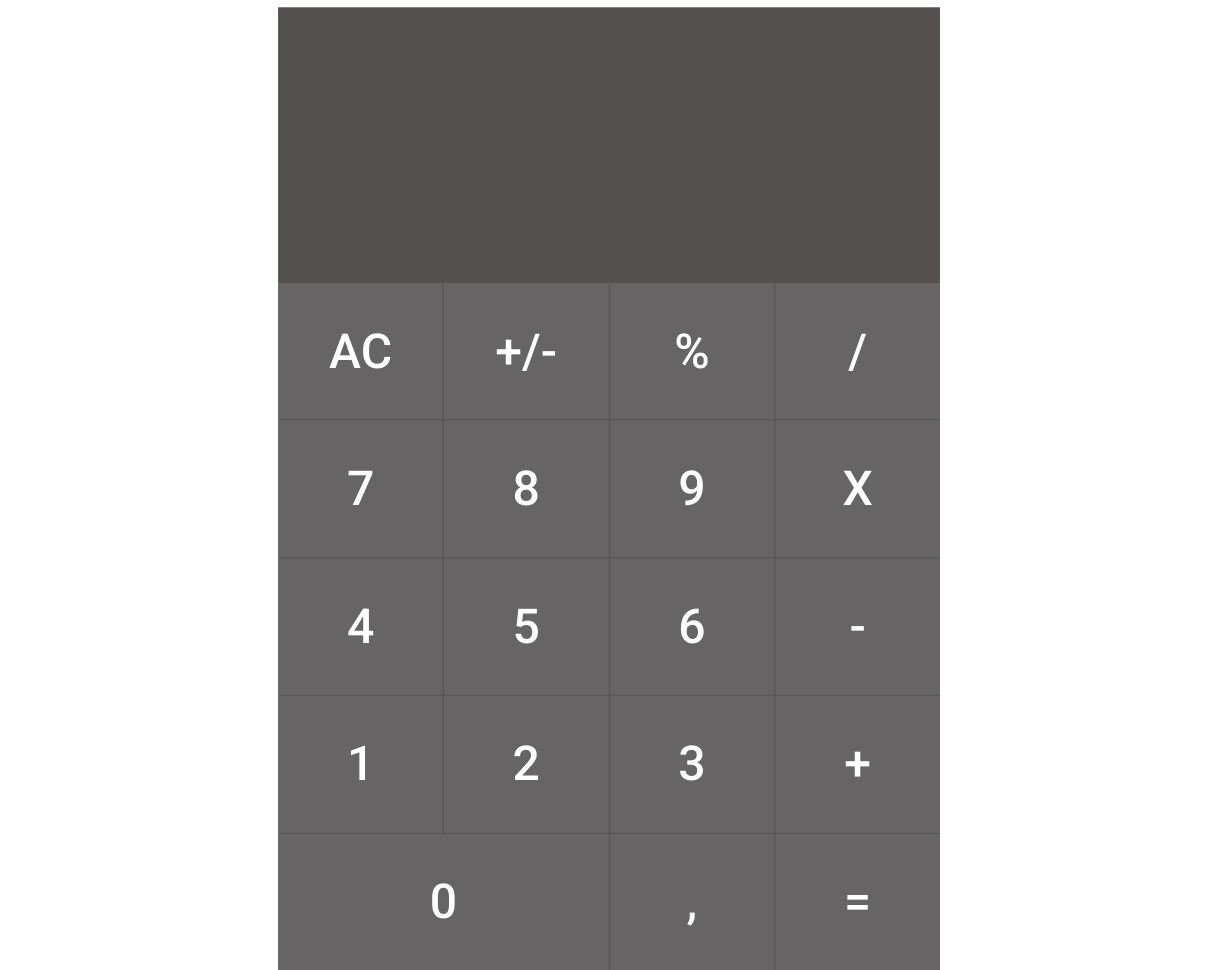
Repository: maciekto/calculatorOOP
Page: index.html
The author's editor kept a copy of each file at every save. The page is drawn from the files as they stood at one save, then again after the next save.
The browser window is 1280 px wide. The page is 1288 px wide, so the pictures cover 1288 px, including what lies to the right of the window. The pictures show the whole page, at 94% of full size.

Above is the page before, as saved 2022-06-19 18:59:02.

After the next save:
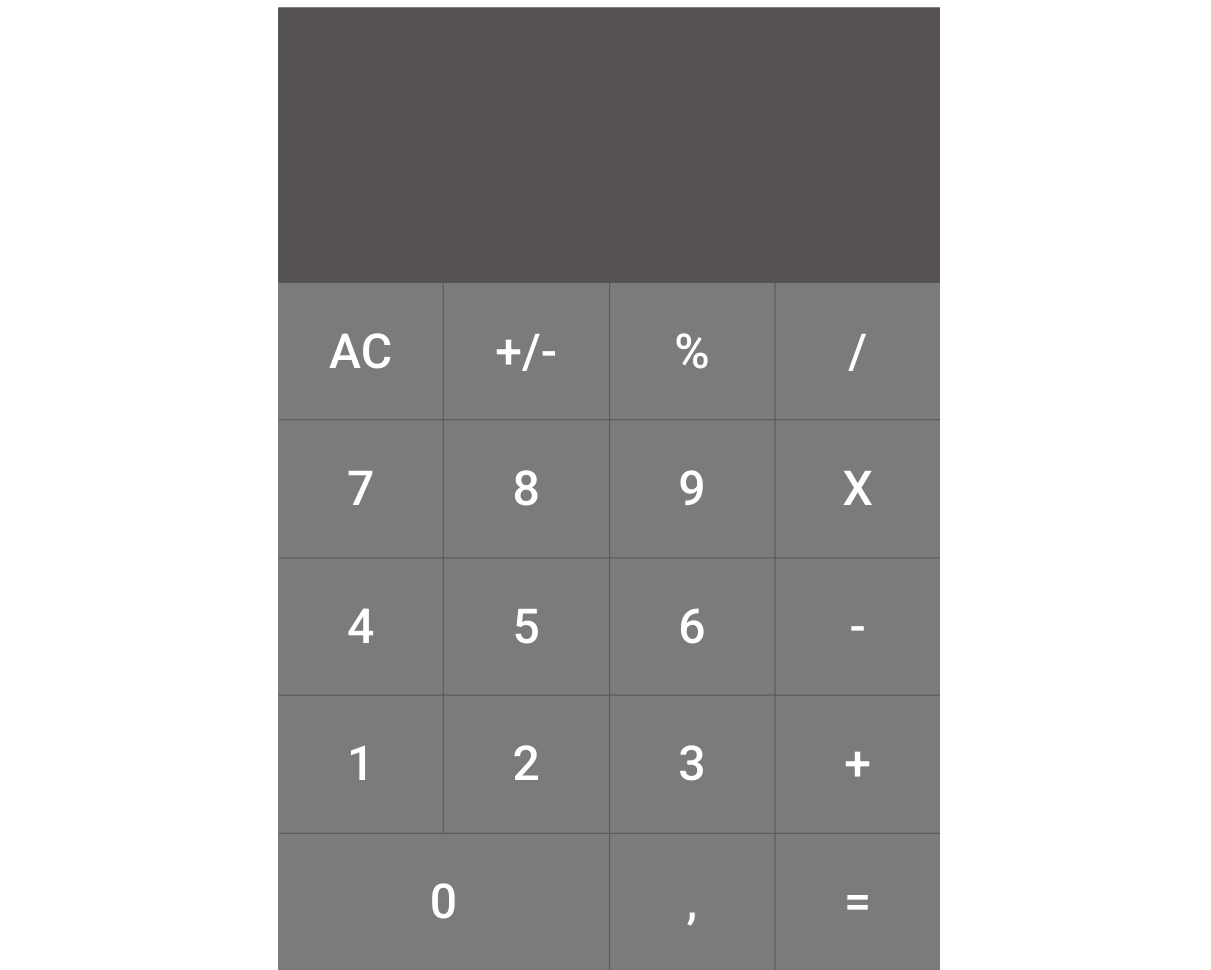
Saved 59 s later.
--- a/css.css
+++ b/css.css
@@ -37,12 +37,18 @@ main {
 .Calc div {
     display: grid;
     place-items: center;
-    background: #666464;
+    background: #7b7b7c;
 }
 .Calc__result {
     grid-area: result;
     background: #545150 !important;
 }
+.Calc__reset {
+    background: #666464;
+
+}
+
+
 .Calc__0 {
     grid-area: zero;
 }
